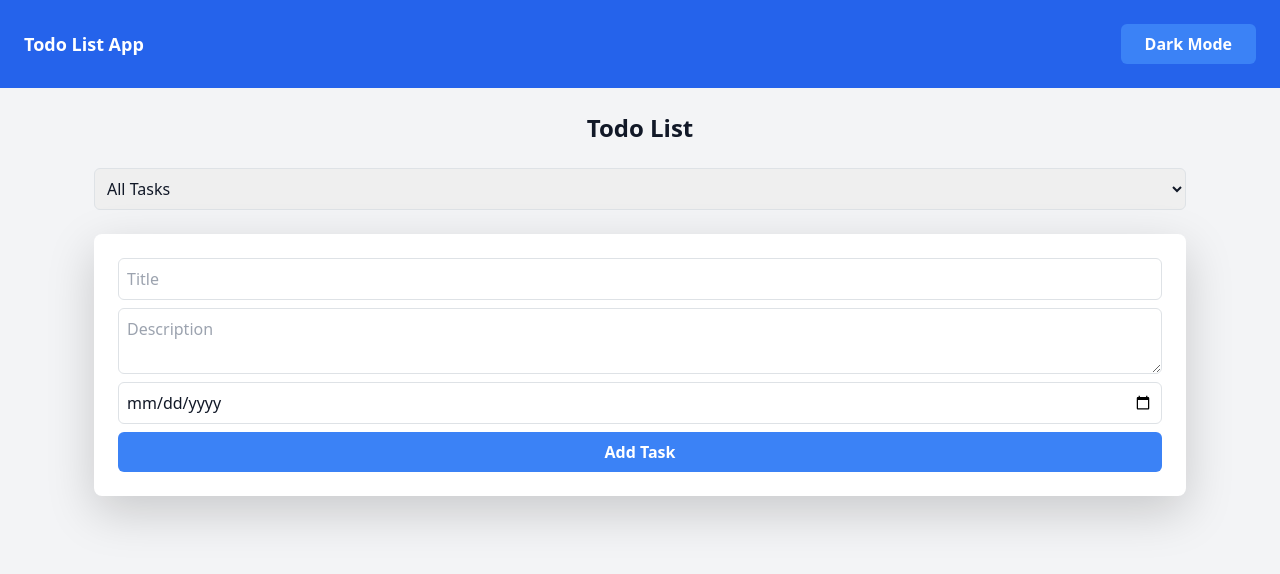
Repository: HPNChanel/Todo-List-Web-App
Page: /workspace/my-tasks (app in frontend/todolist/)
These files come from the project's save history. The page is drawn as it stood at one moment and after the next save; the edit follows.
The browser window is 1280 px wide. The pictures show the whole page.
The page's requests for data from a server got no answer. The project was rebuilt for these pictures with package versions that can differ from the ones it lists, and the page was loaded fresh each time. No one was signed in, and anything a server would have sent is missing. Also part of the build but not shown: frontend/todolist/src/components/TaskItem.js.

Above is the page before, as saved 2024-11-09 10:48:49.

After the next save:
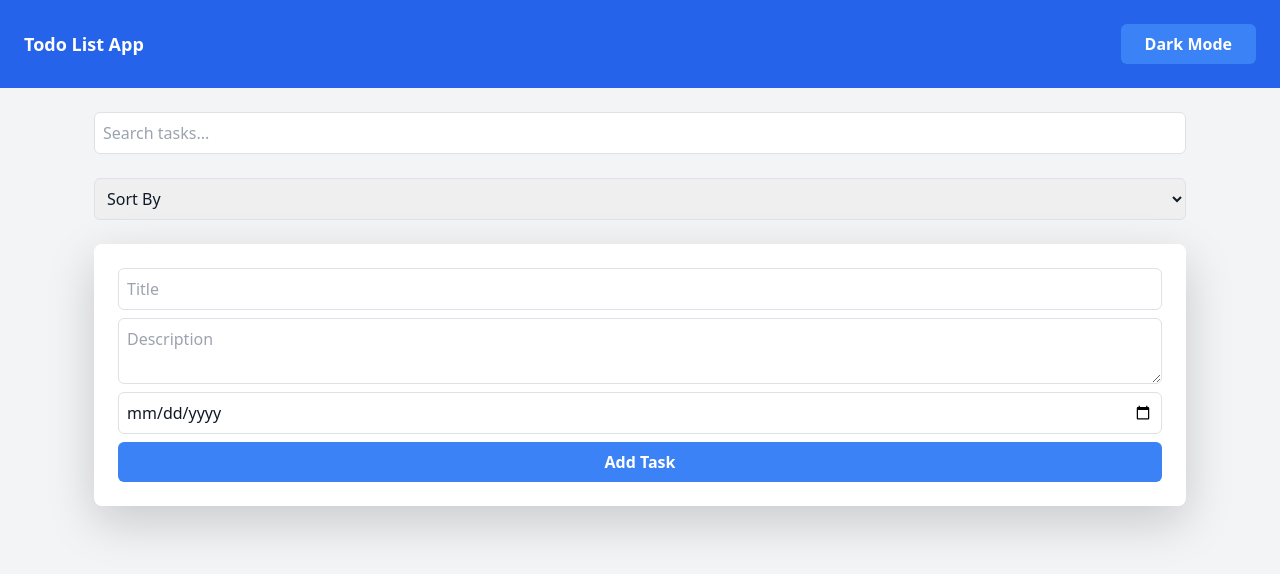
Saved 22 min 31 s later.
--- a/frontend/todolist/src/components/TaskList.js
+++ b/frontend/todolist/src/components/TaskList.js
@@ -1,4 +1,3 @@
-// src/components/TaskList.js
 import React, { useState, useEffect, useContext } from 'react';
 import TaskItem from './TaskItem';
 import TaskForm from './TaskForm';
@@ -6,36 +5,49 @@ import { TaskContext } from '../contexts/TaskContext';
 
 function TaskList() {
     const { tasks, fetchTasks } = useContext(TaskContext);
-    const [categoryFilter, setCategoryFilter] = useState('');
-    const [taskToEdit, setTaskToEdit] = useState(null);
+    const [searchQuery, setSearchQuery] = useState('');
+    const [filteredTasks, setFilteredTasks] = useState(tasks);
+    const [sortOrder, setSortOrder] = useState('');
 
     useEffect(() => {
-        fetchTasks(categoryFilter);
-    }, [categoryFilter, fetchTasks]);
+        fetchTasks();
+    }, [fetchTasks]);
 
-    const handleEdit = (task) => {
-        setTaskToEdit(task); // Gán task cần chỉnh sửa vào state
-    };
+    useEffect(() => {
+        let sortedTasks = tasks.filter(task =>
+            task.title.toLowerCase().includes(searchQuery.toLowerCase()) ||
+            task.description.toLowerCase().includes(searchQuery.toLowerCase())
+        );
 
-    const clearTaskToEdit = () => {
-        setTaskToEdit(null); // Xóa trạng thái task đang chỉnh sửa
-    };
+        if (sortOrder === 'due_date') {
+            sortedTasks = sortedTasks.sort((a, b) => new Date(a.due_date) - new Date(b.due_date));
+        } else if (sortOrder === 'priority') {
+            sortedTasks = sortedTasks.sort((a, b) => a.priority - b.priority);
+        }
+
+        setFilteredTasks(sortedTasks);
+    }, [searchQuery, sortOrder, tasks]);
 
     return (
         <div className="container mx-auto p-4">
-            <h4 className="text-2xl font-bold text-center mb-4">Todo List</h4>
+            <input
+                type="text"
+                placeholder="Search tasks..."
+                value={searchQuery}
+                onChange={(e) => setSearchQuery(e.target.value)}
+                className="block w-full p-2 mb-4 border border-gray-300 rounded"
+            />
             <select
-                onChange={(e) => setCategoryFilter(e.target.value)}
+                onChange={(e) => setSortOrder(e.target.value)}
                 className="block w-full mb-4 p-2 border border-gray-300 rounded"
             >
-                <option value="">All Tasks</option>
-                <option value="MY_DAY">My Day</option>
-                <option value="IMPORTANT">Important</option>
-                <option value="PLANNED">Planned</option>
+                <option value="">Sort By</option>
+                <option value="due_date">Due Date</option>
+                <option value="priority">Priority</option>
             </select>
-            <TaskForm taskToEdit={taskToEdit} clearTaskToEdit={clearTaskToEdit} />
+            <TaskForm />
             <div className="grid grid-cols-1 md:grid-cols-2 lg:grid-cols-3 gap-4">
-                {tasks.map((task) => (
+                {filteredTasks.map((task) => (
                     <TaskItem key={task.id} task={task} onEdit={handleEdit} />
                 ))}
             </div>
